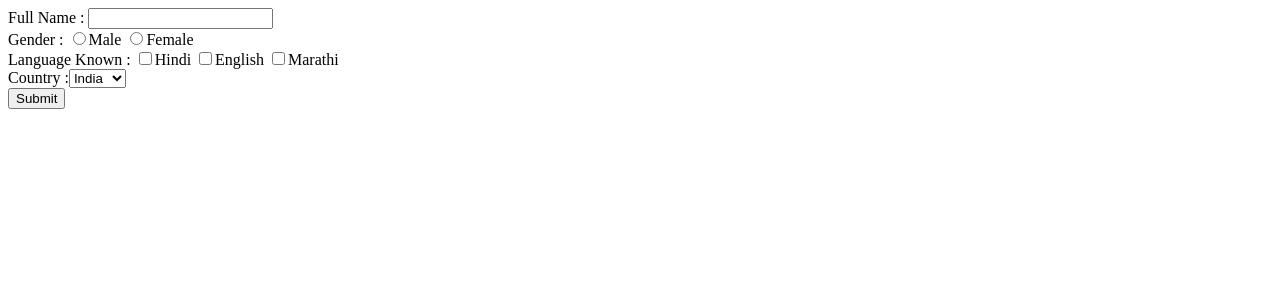
Repository: swapnil-dakhole/Java_code
Page: http://localhost/form_under_jsp/form.jsp
The author's editor kept a copy of each file at every save. The page is drawn from the files as they stood at one save, then again after the next save.
The browser window is 1280 px wide. The pictures show the whole page.
The page is served by Tomcat 9.

Above is the page before, as saved 2024-01-25 05:22:06.

### form under jsp/src/main/webapp/form.jsp
<%@ page language="java" contentType="text/html; charset=ISO-8859-1"
    pageEncoding="ISO-8859-1"%>
<!DOCTYPE html>
<html>
<head>
<meta charset="ISO-8859-1">
<title>Form</title>
</head>
<body>
	<form action="submit.jsp" method="post">
		Full Name : <input type="text" name="name"><br>
		Gender : <input type="radio" name="gender" value="Male" >Male
				 <input type="radio" name="gender" value="Female" >Female<br>
		Language Known : <input type="checkbox" name="language" value="Hindi">Hindi
						 <input type="checkbox" name="language" value="English">English
						 <input type="checkbox" name="language" value="Marathi">Marathi<br>
		Country :<select name="country">
					<option value="India">India</option>
					<option value="Nepal">Nepal</option>
					<option value="UK">UK</option>
				 </select><br>
		<input type="submit" value="Submit">
	</form>
</body>
</html>

After the next save:
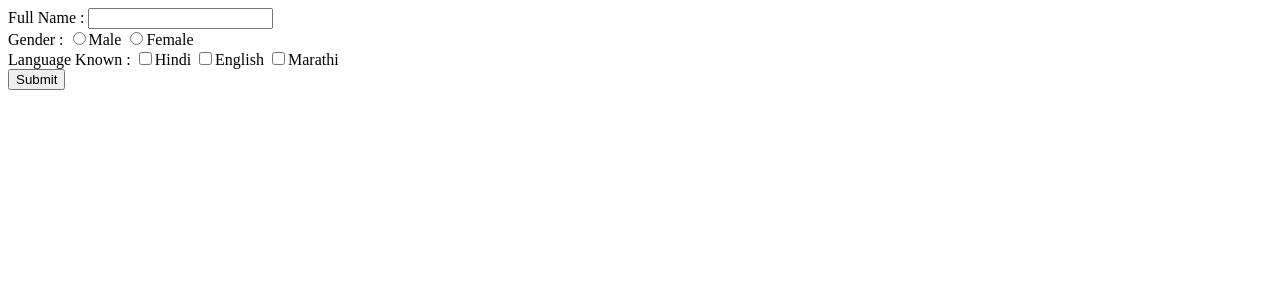
Saved 100 s later.
--- a/form under jsp/src/main/webapp/form.jsp
+++ b/form under jsp/src/main/webapp/form.jsp
@@ -14,11 +14,7 @@
 		Language Known : <input type="checkbox" name="language" value="Hindi">Hindi
 						 <input type="checkbox" name="language" value="English">English
 						 <input type="checkbox" name="language" value="Marathi">Marathi<br>
-		Country :<select name="country">
-					<option value="India">India</option>
-					<option value="Nepal">Nepal</option>
-					<option value="UK">UK</option>
-				 </select><br>
+
 		<input type="submit" value="Submit">
 	</form>
 </body>
